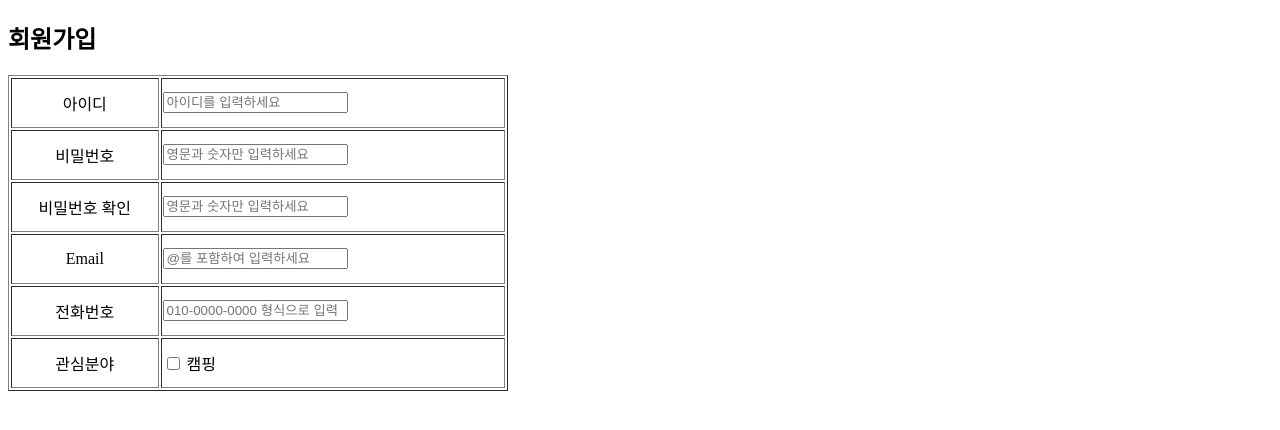
Repository: junirang330/Jsp2026
Page: http://localhost/chapter01/Request/Requestjoin.jsp
These files come from the project's save history. The page is drawn as it stood at one moment and after the next save; the edit follows.
The browser window is 1280 px wide. The pictures show the whole page.
The page is served by Tomcat 9.

Above is the page before, as saved 2026-10-19 06:40:32.

After the next save:
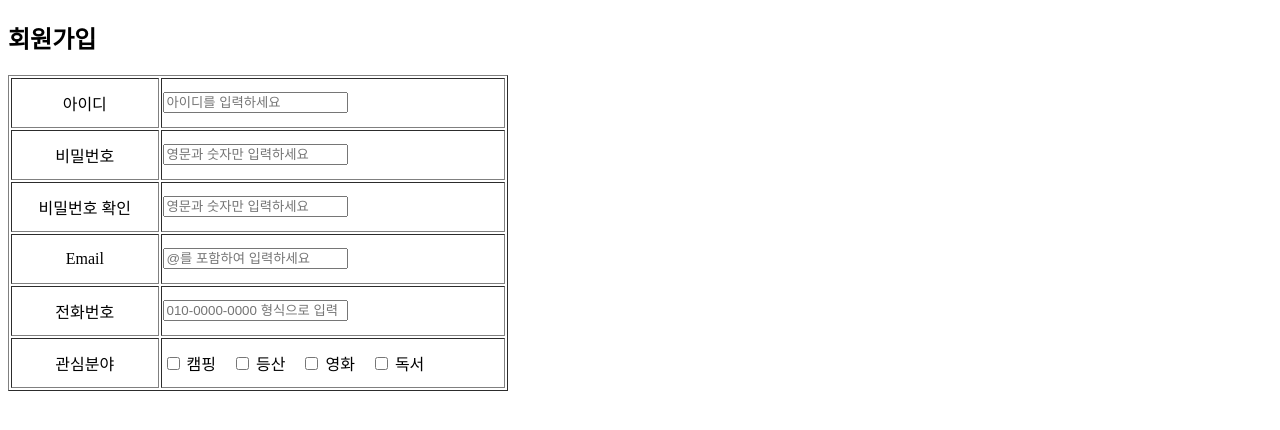
Saved 2 min 40 s later.
--- a/chapter01/src/main/webapp/Request/Requestjoin.jsp
+++ b/chapter01/src/main/webapp/Request/Requestjoin.jsp
@@ -47,6 +47,12 @@
 					<td width = "350">
 						<input type = "checkbox" name = "hobby" value = "캠핑" id ="camping"/>
 						<label for="camping">캠핑</label> &nbsp;&nbsp;
+						<input type = "checkbox" name = "hobby" value = "등산" id ="mount"/>
+						<label for="mount">등산</label> &nbsp;&nbsp;
+						<input type = "checkbox" name = "hobby" value = "영화" id ="movie"/>
+						<label for="movie">영화</label> &nbsp;&nbsp;
+						<input type = "checkbox" name = "hobby" value = "독서" id ="book"/>
+						<label for="book">독서</label> &nbsp;&nbsp;
 					</td>
 				</tr>
 			</table>
